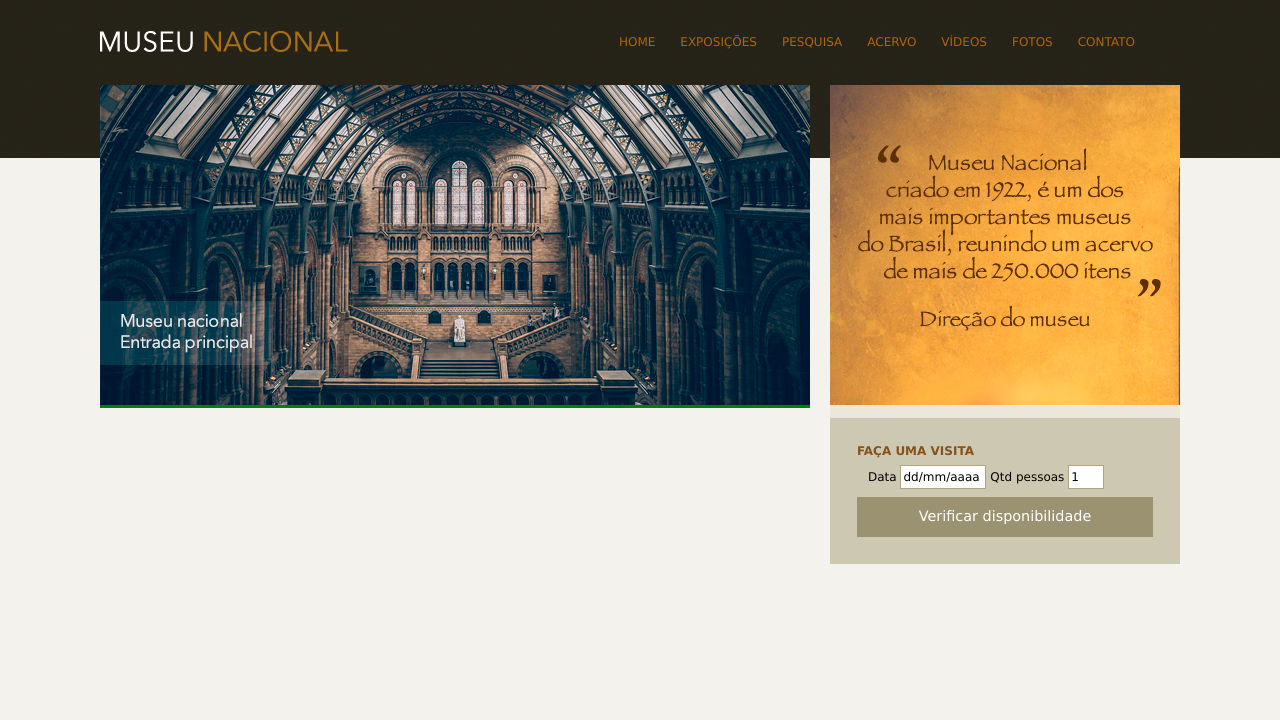
Repository: GustavoScopinho/Museu-Nacional
Page: index.html
The author's editor kept a copy of each file at every save. The page is drawn from the files as they stood at one save, then again after the next save.
The browser window is 1280 px wide. The pictures show the whole page.

Above is the page before, as saved 2022-07-05 01:22:28.

After the next save:
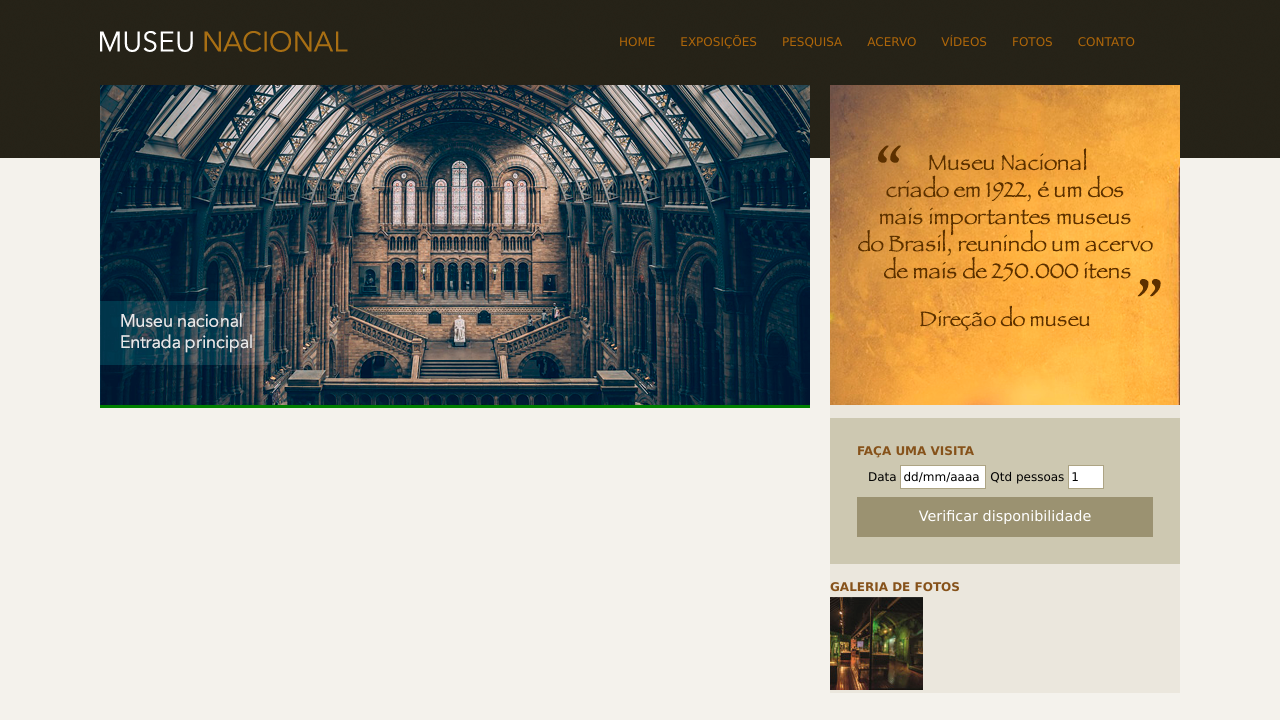
Saved 2 min 7 s later.
--- a/index.html
+++ b/index.html
@@ -57,6 +57,13 @@
           </form>
       </section>
 
+      <section id="galeria">
+        <h4>Galeria de fotos</h4>
+          <a href="">
+            <img src="img/imagem1.jpg" height="93" width="93">
+          </a>
+      </section>
+
       </aside>
     </div>
     <!-- fim container -->
